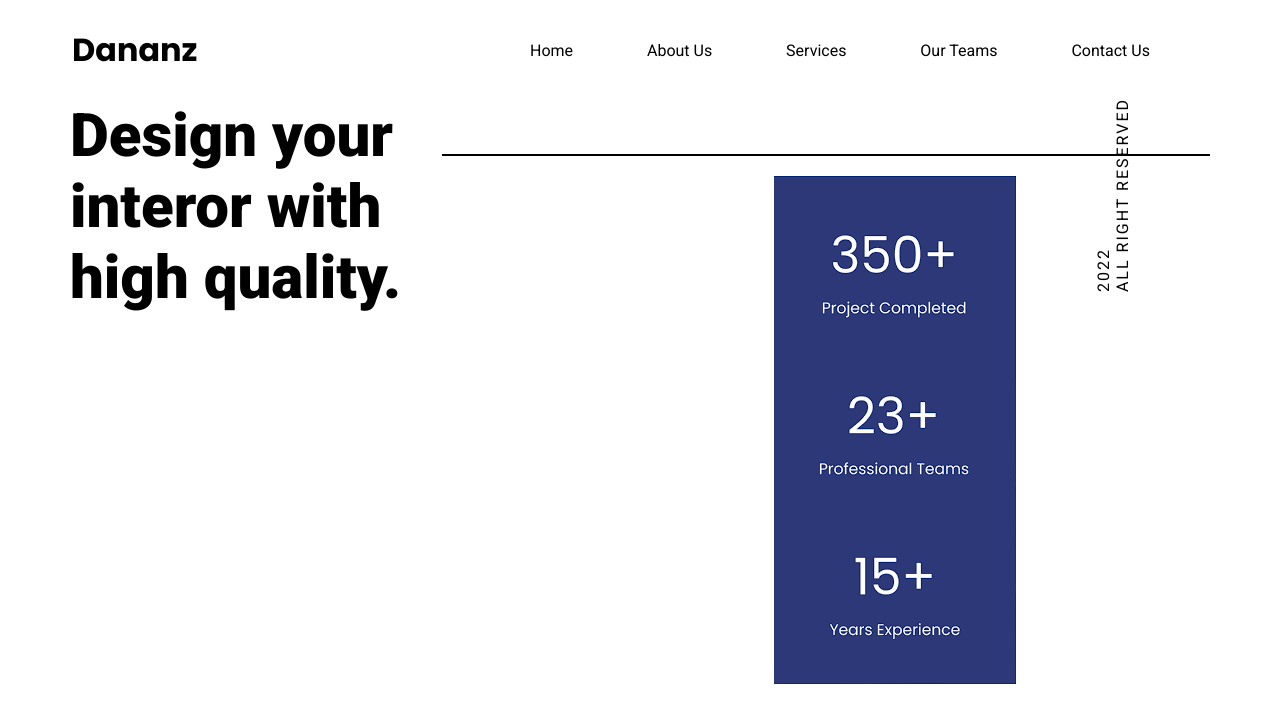
Repository: AsadKasimov/disain
Page: index.html
An editor plug-in stored every save of this project. The page is shown before and after the next save, followed by the edit.
The browser window is 1280 px wide. The pictures show the whole page.

Above is the page before, as saved 2023-04-20 12:51:51.

### index.html
<!DOCTYPE html>
<html lang="en">
<head>
    <meta charset="UTF-8">
    <meta http-equiv="X-UA-Compatible" content="IE=edge">
    <meta name="viewport" content="width=device-width, initial-scale=1.0">
    <title>F</title>
    <link rel="stylesheet" href="./style.css">
</head>
<body>

    <div class="wrapper">
        <header class="header">
            <!-- Шапка -->
            <div class="logo">
                <img src="./img/Dananz.png" alt="">
            </div>

            <!-- Меню сайта -->
            <nav class="nav">
                <ul>
                    <li>Home</li>
                    <li>About Us</li>
                    <li>Services</li>
                    <li>Our Teams</li>
                    <li>Contact Us</li>

                </ul>
            </nav>

            <!-- Иконка бургерменю -->
            <div class="burger">
                <span></span>
            </div>
        </header>
        <div class="menu">
            <div class="text-menu">
                <h1>Design your interor with high quality.</h1>
            </div>
            <div class="text-line">
                <hr class="text-line-l">
                <div class="h-pic">
                    <img src="./img/rec.png" alt="">
                    <div class="img-t">
                        <p>2022<br>ALL RIGHT RESERVED</p>
                    </div>
                </div>

            </div>


        </div>
        <div class="h-pic2">
            <img src="./img/rec.png" alt="">
        </div>
    </div>



    <script>
        document.querySelector('.burger').addEventListener('click', function() {
            this.classList.toggle('active');
            document.querySelector('.nav').classList.toggle('open');
        })
    </script>
</body>
</html>

### style.css
@import url('https://fonts.googleapis.com/css2?family=Roboto:ital,wght@0,100;0,300;0,400;0,500;0,900;1,100;1,300;1,400;1,500;1,700;1,900&display=swap');

html, body {
  height: 100%;
  width: 100%;

}

body {
  display: flex;
  flex-direction: column;
  font-family: 'Roboto', sans-serif;
  background-color: #fff;
  /* overflow: hidden; */

}

*{
  padding: 0;
  margin: 0;
  box-sizing: border-box;
}

.wrapper{
  flex-grow: 1;
}

.open{
  display: flex !important;
}

.header{
  display: flex;
  align-items: center;
  justify-content: space-between;
  min-height: 100px;
  background-color: #fff;
  color: #000;
  padding: 0 90px;
}

.logo{
  display: flex;
  justify-content: center;
  flex-direction: column;
  align-items: center;

  width: 90px;
  height: 90px;
}

.nav{
  display: flex;
  width: 700px;
  padding: 0 40px;
}

.nav ul{
  width: 100%;
  list-style: none;
  display: flex;
  justify-content: space-between;
}

.burger{
  display: none;
  position: relative;
  z-index: 50;
  align-items: center;
  justify-content: flex-end;
  width: 30px;
  height: 18px;
}

.burger span{
  height: 2px;
  width: 80%;
  transform: scale(1);
  background-color: #000;
}

.burger::before, .burger::after{
  content: '';
  position: absolute;
  height: 2px;
  width: 100%;
  background-color: #000;
  transition: all 0.3s ease 0s;
}

.burger::before { top: 0 }

.burger::after { bottom: 0 }


.burger.active span { transform: scale(0) }

.burger.active::before{
  top: 50%;
  transform: rotate(-45deg) translate(0, -50%);
}

.burger.active::after{
  bottom: 50%;
  transform: rotate(45deg) translate(0, 50%);
}

h1 {
  display: block;
  font-size: 2em;
  margin-block-start: 0;
  margin-block-end: 0;
  margin-inline-start: 0px;
  margin-inline-end: 0px;
  font-weight: bold;
}

.menu{
  display: flex;
  justify-content: flex-start;
  padding: 0 70px;
  align-items:baseline;

}

.text-menu{
  font-weight: 700;
  font-size: 30px;
  width: 500px;
}

hr.text-line-l{
  border: 1px solid black;
  width: 60vw;

}

.text-line{
  display: flex;
  flex-direction: column;
  gap: 20px;
}

.h-pic2{
  display: none;
}

.h-pic{
  display: flex;
  justify-content: flex-end;
  align-items: flex-start;

}

.img-t p{

  text-transform: uppercase;
  letter-spacing: 2px;
  transform: rotate(-90deg);
  display: flex;
  justify-content: flex-start;
  align-items: center;
}

@media (max-width: 700px) {

  .h-pic{
    display: none;
  }


  .h-pic2{
    display: block;
  }


  hr.text-line-l {
    border: 1px solid black;
    height: 100%;
    width: 0px;
  }



  .menu{
    display: flex;
    justify-content: flex-start;
    padding: 0 20px;
    align-items:normal;
    gap: 23%;
  }

  .text-menu{
    width: 70%;
    font-size: 22px;

  }

  .header{
    display: flex;
    align-items: center;
    justify-content: space-between;
    min-height: 100px;
    background-color: #fff;
    color: #000;
    padding: 0 40px;
  }

  .nav{
    display: flex;
    width: 700px;
    padding: 0 40px;
  }

  .burger { display: flex }

  .nav{
      display: none;
      flex-direction: column;
      position: fixed;
      height: 100%;
      width: 100%;
      top: 0; bottom: 0; left: 0; right: 0;
      z-index: 50;
      overflow-y: auto;
      padding: 50px 40px;
      background-color: ghostwhite;

  }

  .nav ul{
      flex-direction: column;
      row-gap: 30px;
  }
}

After the next save:
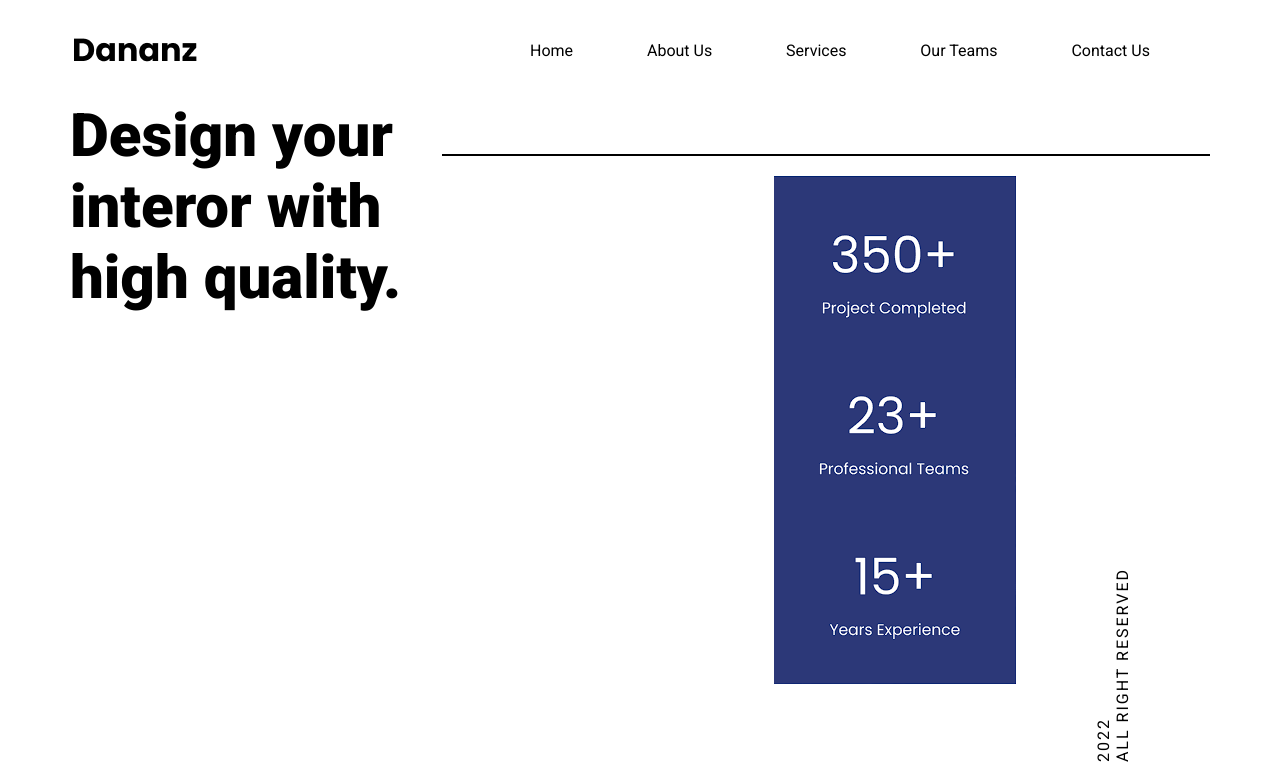
Saved 7 s later.
--- a/style.css
+++ b/style.css
@@ -148,7 +148,7 @@ hr.text-line-l{
 .h-pic{
   display: flex;
   justify-content: flex-end;
-  align-items: flex-start;
+  align-items: flex-end;
 
 }
 
